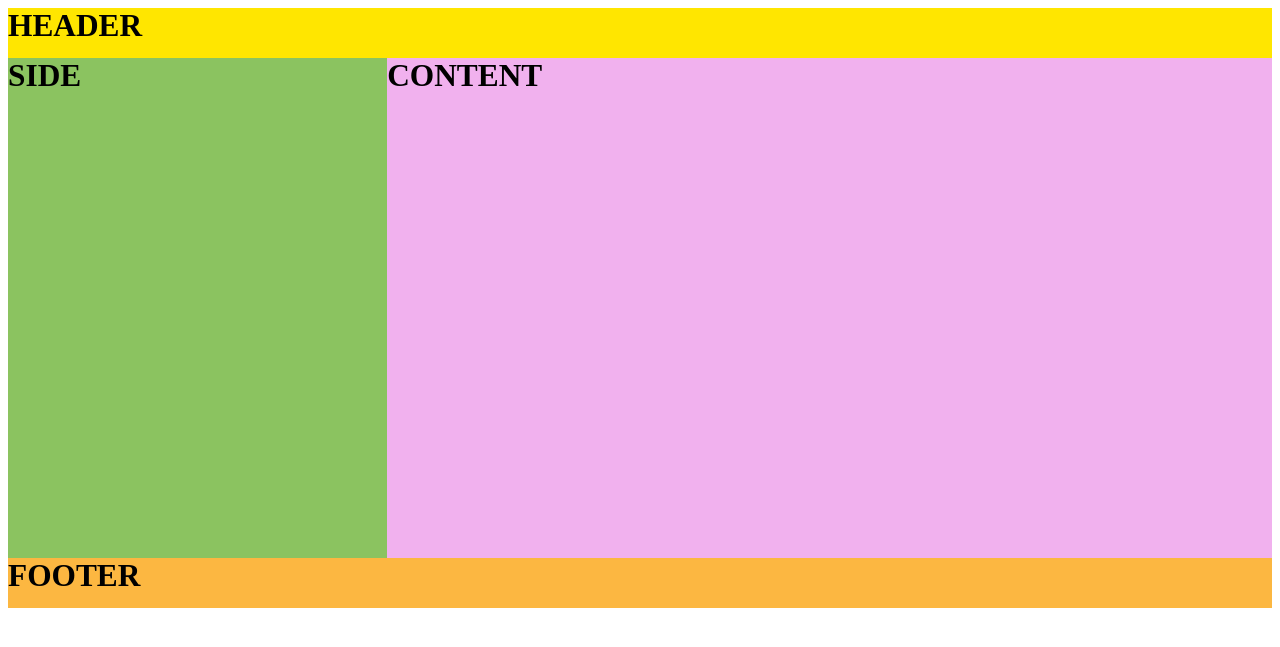
Repository: DuongThanhLong/Basic-responsive-HTML--CSS
Page: Flexbox/index.html
An editor plug-in stored every save of this project. The page is shown before and after the next save, followed by the edit.
The browser window is 1280 px wide. The pictures show the whole page.

Above is the page before, as saved 2021-09-21 18:13:48.

After the next save:
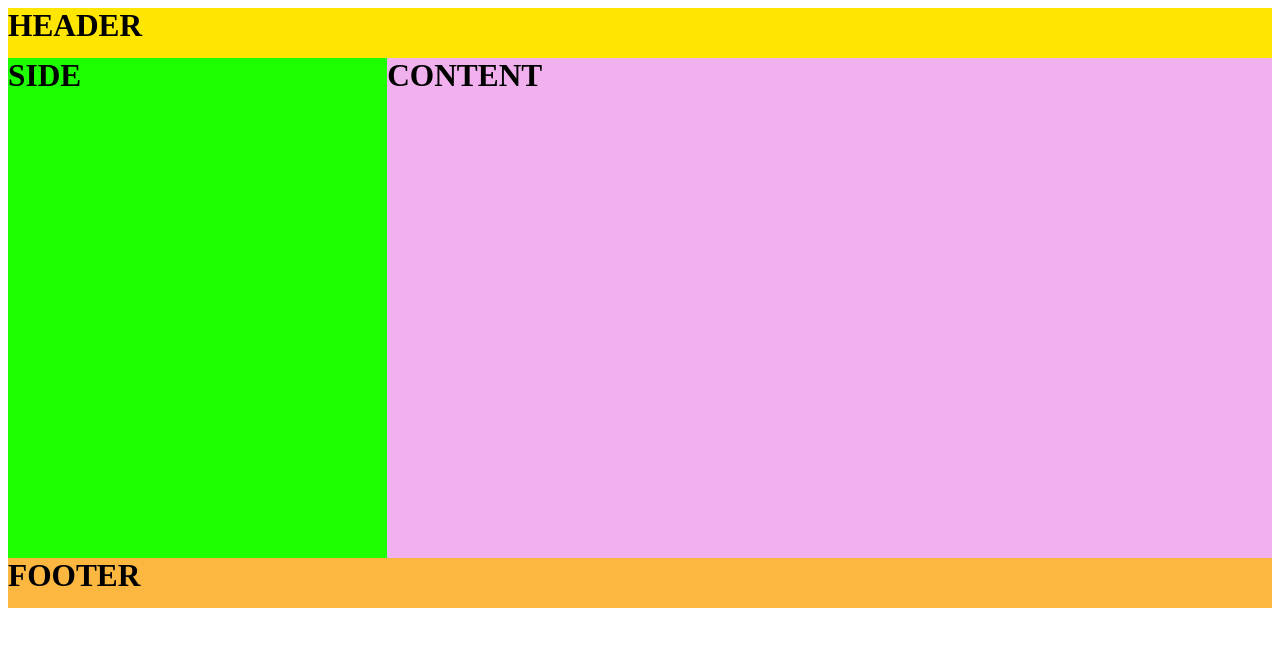
Saved 38 s later.
--- a/Flexbox/index.html
+++ b/Flexbox/index.html
@@ -26,7 +26,7 @@
         .side {
             font-weight: bold;
             width: 30%;
-            background-color: #8BC360;
+            background-color: rgb(30, 255, 0);
         }
 
         .content {
